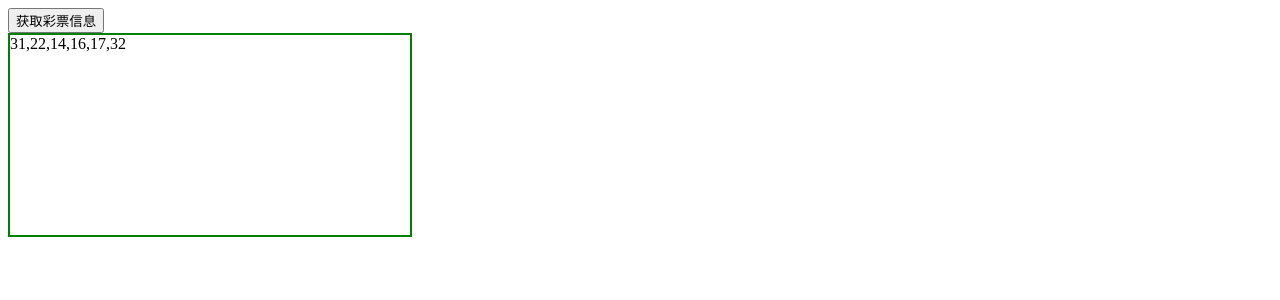
Repository: tfdonna/fontend
Page: js第一阶段/jquery/WebContent/彩票.html
An editor plug-in stored every save of this project. The page is shown before and after the next save, followed by the edit.
The browser window is 1280 px wide. The pictures show the whole page.
After loading, the first visible `button` was clicked once.

Above is the page before, as saved 2021-09-07 13:33:55.

### js第一阶段/jquery/WebContent/彩票.html
<!DOCTYPE html>
<html>
<head>
	<meta charset="UTF-8">
	<title>Insert title here</title>
	<style>
        #box {
            border: 2px solid green;
            width: 400px;
            height: 200px;
        }
    </style>
</head>
<body>
    <button>获取彩票信息</button>
    <div id="box"></div>

    <script>
        //获取彩票信息
        window.onload = function () {
            var oBtn = document.querySelector('button');
            var oBox = document.querySelector('#box');

            oBtn.onclick = function () {
                //获取彩票信息
                var suijiArr = getRandom(6, 1, 33);
                var blue = getRandom(6, 1, 16);

                console.log(suijiArr);
                console.log(blue);
                //使用 hash将随机数保存到历史记录中
                window.location.hash = suijiArr;
                oBox.innerHTML = suijiArr;
            }

            window.onhashchange = function () {
                //获取 hash值
                var arr = window.location.hash.substring(1);
                console.log(arr);
                oBox.innerHTML = arr;
            }

            function getRandom(count, start, end) {
                var numArr = [];
                for (var i = 0; i < count; i++) {
                    var num1 = Math.floor(Math.random() * (end - start) + start);
                    if(numArr.indexOf(num1) == -1){
                    	numArr.push(num1);
                    }else{
                    	i--;
                    }
                }
                return numArr;
            }
        }
    </script>
</body>
</html>

After the next save:
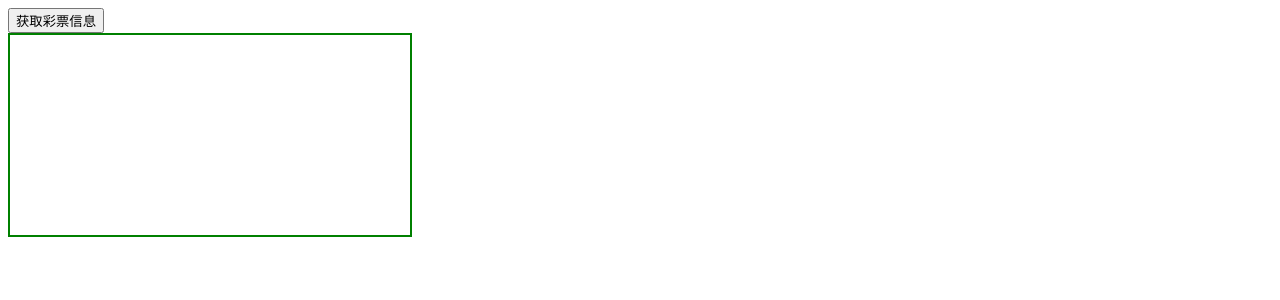
Console error: ReferenceError: caipioa is not defined
Saved 70 s later.
--- a/js第一阶段/jquery/WebContent/彩票.html
+++ b/js第一阶段/jquery/WebContent/彩票.html
@@ -25,9 +25,9 @@
                 //获取彩票信息
                 var suijiArr = getRandom(6, 1, 33);
                 var blue = getRandom(6, 1, 16);
-
+                var caipiao = suijiArr.concat(blue);
                 console.log(suijiArr);
-                console.log(blue);
+                console.log(caipioa);
                 //使用 hash将随机数保存到历史记录中
                 window.location.hash = suijiArr;
                 oBox.innerHTML = suijiArr;

After the save that followed:
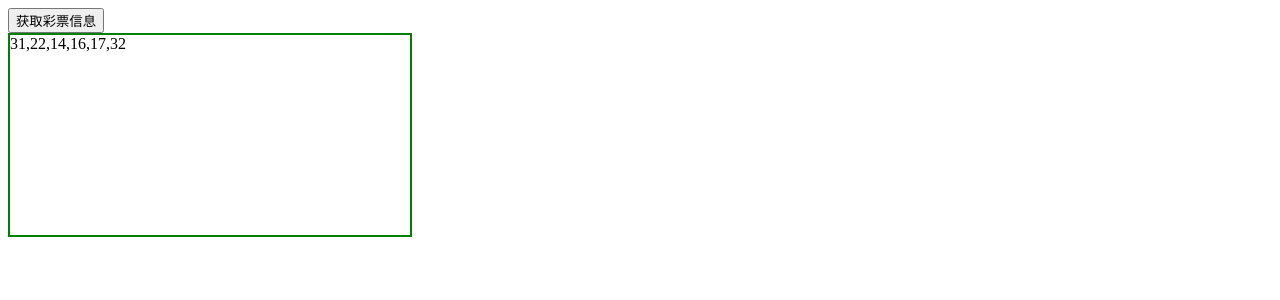
The error is gone.
Saved 24 s later.
--- a/js第一阶段/jquery/WebContent/彩票.html
+++ b/js第一阶段/jquery/WebContent/彩票.html
@@ -27,7 +27,7 @@
                 var blue = getRandom(6, 1, 16);
                 var caipiao = suijiArr.concat(blue);
                 console.log(suijiArr);
-                console.log(caipioa);
+                console.log(caipiao);
                 //使用 hash将随机数保存到历史记录中
                 window.location.hash = suijiArr;
                 oBox.innerHTML = suijiArr;
